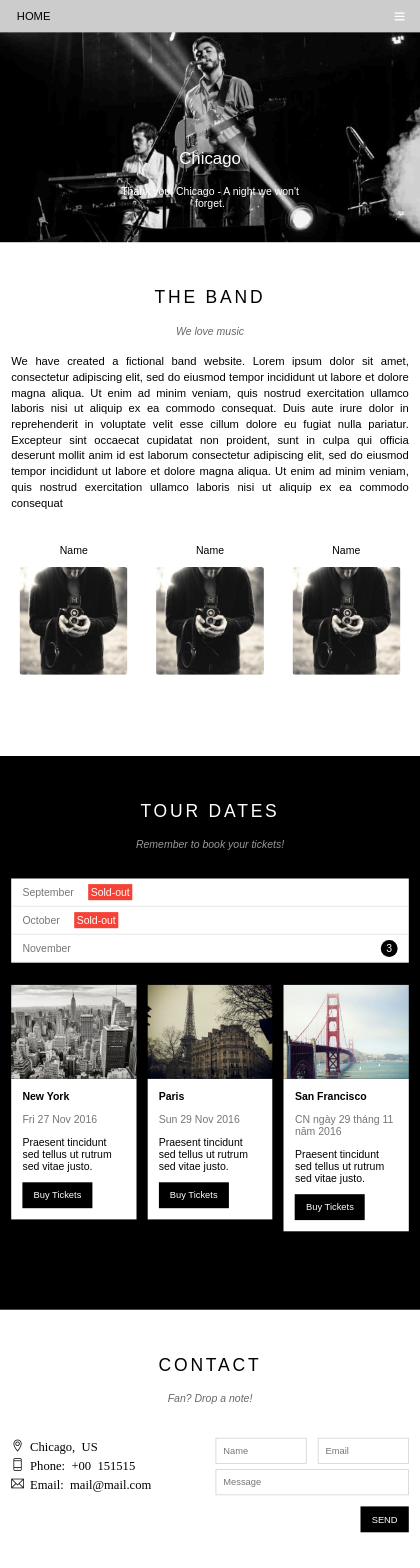
Repository: BillLee2000/w3-band
Page: index.html
The author's editor kept a copy of each file at every save. The page is drawn from the files as they stood at one save, then again after the next save.
The browser window is 600 px wide. The pictures show the part of the page from y = 0 to 2240 px (the page is 2832 px tall), at 70% of full size.

Above is the page before, as saved 2021-12-16 05:06:23.

### index.html
<!DOCTYPE html>
<html lang="en">

<head>
    <meta charset="UTF-8">
    <meta http-equiv="X-UA-Compatible" content="IE=edge">
    <meta name="viewport" content="width=device-width, initial-scale=1.0">
    <link rel="icon" href="./assets/favicon/download.jpg" type="image/x-icon" />
    <link rel="stylesheet" href="./assets/css/styles.css">
    <link rel="stylesheet" href="./assets/css/responsive.css">
    <link rel="stylesheet" href="./assets/fonts/themify-icons/themify-icons.css">
    <title>The band</title>
</head>

<body>
    <div id="main">
        <div id="header">
            <ul id="nav">
                <!-- ul#nav>li*5>a -->
                <li><a href="#">Home</a></li>
                <li><a href="#band">Band</a></li>
                <li><a href="#tour">Tour</a></li>
                <li><a href="#contact">Contact</a></li>
                <li>
                    <a href="#">
                        More
                        <i class="down ti-angle-down"></i>
                    </a>
                    <ul class="subnav">
                        <li><a href="#">Merchandise</a></li>
                        <li><a href="#">Extras</a></li>
                        <li><a href="#">Media</a></li>
                    </ul>
                </li>
            </ul>
            <div id="mobile-menu" class="mobile-menu-btn">
                <i class="menu-icon ti-menu"></i>
            </div>
            <div class="search-btn">
                <i class="search-icon ti-search"></i>
            </div>
        </div>
        <div id="slide">
            <div class="text-content">
                <h2 class="text-heading">
                    Chicago
                </h2>
                <div class="text-decsription">
                    Thank you, Chicago - A night we won't forget.
                </div>
            </div>
        </div>
        <div id="content">
            <div id="band" class="content-section">
                <h2 class="section-heading">
                    THE BAND
                </h2>
                <p class="section-sub-heading">
                    We love music
                </p>
                <p class="about-text">
                    We have created a fictional band website. Lorem ipsum dolor sit amet, consectetur adipiscing elit,
                    sed do eiusmod tempor incididunt ut labore et dolore magna aliqua. Ut enim ad minim veniam, quis
                    nostrud exercitation ullamco laboris nisi ut aliquip ex ea commodo consequat. Duis aute irure dolor
                    in reprehenderit in voluptate velit esse cillum dolore eu fugiat nulla pariatur. Excepteur sint
                    occaecat cupidatat non proident, sunt in culpa qui officia deserunt mollit anim id est laborum
                    consectetur adipiscing elit, sed do eiusmod tempor incididunt ut labore et dolore magna aliqua. Ut
                    enim ad minim veniam, quis nostrud exercitation ullamco laboris nisi ut aliquip ex ea commodo
                    consequat
                </p>
                <div class="row nembers-list">
                    <div class="col col-third text-center">
                        <p class="member-name">
                            Name
                        </p>
                        <img src="./assets/img/band/member1.jpg" alt="Name" class="member-img">
                    </div>
                    <div class="col col-third text-center">
                        <p class="member-name">
                            Name
                        </p>
                        <img src="./assets/img/band/member1.jpg" alt="Name" class="member-img">
                    </div>
                    <div class="col col-third text-center">
                        <p class="member-name">
                            Name
                        </p>
                        <img src="./assets/img/band/member1.jpg" alt="Name" class="member-img">
                    </div>
                    <div class="clear"></div>
                </div>
            </div>
            <div id="tour" class="tour-section">
                <div class="content-section">
                    <h2 class="section-heading text-white">
                        TOUR DATES
                    </h2>
                    <p class="section-sub-heading text-white">
                        Remember to book your tickets!
                    </p>
                    <ul class="stickets-list">
                        <li>September <span class="sold-out">Sold-out</span></li>
                        <li>October <span class="sold-out">Sold-out</span></li>
                        <li>November <span class="quantity">3</span></li>
                    </ul>
                    <div class="row places-list">
                        <div class="col col-third">
                            <img src="./assets/img/places/place1.jpg" alt="New York" class="place-img">
                            <div class="place-content">
                                <h3 class="place-heading">
                                    New York
                                </h3>
                                <p class="place-time">
                                    Fri 27 Nov 2016
                                </p>
                                <p class="place-description">
                                    Praesent tincidunt sed tellus ut rutrum sed vitae justo.
                                </p>
                                <button class="btn js-buy-ticket">Buy Tickets</button>
                            </div>
                        </div>
                        <div class="col col-third">
                            <img src="./assets/img/places/place2.jpg" alt="New York" class="place-img">
                            <div class="place-content">
                                <h3 class="place-heading">
                                    Paris
                                </h3>
                                <p class="place-time">
                                    Sun 29 Nov 2016
                                </p>
                                <p class="place-description">
                                    Praesent tincidunt sed tellus ut rutrum sed vitae justo.
                                </p>
                                <button class="btn js-buy-ticket">Buy Tickets</button>
                            </div>
                        </div>
                        <div class="col col-third">
                            <img src="./assets/img/places/place3.jpg" alt="New York" class="place-img">
                            <div class="place-content">
                                <h3 class="place-heading">
                                    San Francisco
                                </h3>
                                <p class="place-time">
                                    CN ngày 29 tháng 11 năm 2016
                                </p>
                                <p class="place-description">
                                    Praesent tincidunt sed tellus ut rutrum sed vitae justo.
                                </p>
                                <button class="btn js-buy-ticket">Buy Tickets</button>
                            </div>
                        </div>
                        <div class="clear"></div>
                    </div>
                </div>
            </div>
            <div id="contact" class="content-section">
                <h2 class="section-heading">
                    CONTACT
                </h2>
                <p class="section-sub-heading">
                    Fan? Drop a note!
                </p>
                <div class="row contact-content">
                    <div class="col col-half contact-info">
                        <p><i class="ti-location-pin"> Chicago, US</i></p>
                        <p><i class="ti-mobile"> Phone: +00 151515</i></p>
                        <p><i class="ti-email"> Email: mail@mail.com</i></p>
                    </div>
                    <div class="col col-half contact-form">
                        <form action="">
                            <div class="row">
                                <div class="col col-half">
                                    <input placeholder="Name" type="text" name="" required id="" class="form-control">
                                </div>
                                <div class="col col-half">
                                    <input placeholder="Email" type="email" name="" required id="" class="form-control">
                                </div>

                            </div>
                            <div class="row mt-8">
                                <div class="col col-full">
                                    <input placeholder="Message" type="text" name="" required id=""
                                        class="form-control">
                                </div>
                            </div>
                            <input class="btn mt-16 pull-right" type="submit" value="SEND">
                        </form>
                    </div>
                </div>
            </div>
            <div class="map-section">
                <img src="./assets/img/map.jpg" alt="map">
            </div>

        </div>
        <div id="footer">
            <div class="social-list">
                <a href=""><i class="ti-facebook"></i></a>
                <a href=""><i class="ti-instagram"></i></a>
                <a href=""><i class="ti-youtube"></i></a>
                <a href=""><i class="ti-pinterest"></i></a>
                <a href=""><i class="ti-twitter"></i></a>
                <a href=""><i class="ti-linkedin"></i></a>
            </div>
            <p class="copyright">Powered by <a href="">w3.css</a></p>
        </div>
        <div class="modal js-modal">
            <div class="modal-container js-modal-container">
                <div class="modal-close js-modal-close">
                    <i class="ti-close"></i>
                </div>
                <header class="modal-header">
                    <i class="modal-heading-icon ti-bag"></i>
                    Tickets
                </header>
                <div class="modal-body">
                    <label for="tickets-quantity" class="modal-tickets">
                        <i class="ti-shopping-cart"></i>
                        Tickets, $15 per person
                    </label>
                    <input type="text" id="tickets-quantity" class="modal-input" placeholder="How many?">
                    <label for="tickets-email" class="modal-tickets">
                        <i class="ti-user"></i>
                        Send to
                    </label>
                    <input id="tickets-email" type="email" class="modal-input" placeholder="Enter email...">
                    <button id="buy-tickets">
                        Pay <i class="ti-check"></i>
                    </button>
                </div>
                <footer class="modal-footer">
                    <p class="modal-help">Need <a href="" class="">help?</a></p>
                </footer>
            </div>
        </div>
    </div>
    <script>
        const buyBtns = document.querySelectorAll('.js-buy-ticket') /* Lấy 3 giá trị của nut buy tickets đẩy vào buyBtns */
        const modal = document.querySelector('.js-modal') /* thêm class modal vào hằng */
        const modalClose = document.querySelector('.js-modal-close')
        const modalConainer = document.querySelector('.js-modal-container')
        function showBuyTicket() {
            /*  alert("Show") */ /* bật lên hộp thoại */
            modal.classList.add('open') /* add thêm class open vào sau modal bật của sổ hiển thị lên */
        }
        function hideBuyTicket() {
            /*  alert("Show") */ /* bật lên hộp thoại */
            modal.classList.remove('open') /* remove class open vào sau modal close để đóng cửa sổ hiển thị */
        }
        for (const buyBtn of buyBtns) {/* Vòng lặp cho từng nút(button) chạy 3 lần */
            buyBtn.addEventListener('click', showBuyTicket)/* Khi click vào ô buyTickKets sẽ chuyển đến hàm show.. */
        }
        modalClose.addEventListener('click', hideBuyTicket)
        modal.addEventListener('click', hideBuyTicket)
        modalConainer.addEventListener('click', function (event) {
            event.stopPropagation() //ngừng event nổi bọt lại
        })
    </script>
    <script>
        var header = document.getElementById('header');
        var mobileMenu = document.getElementById('mobile-menu');
        /* console.log(mobileMenu) */
        var headerHeight = header.clientHeight;
        // Dong mo mobile menu
        mobileMenu.onclick = function (){
            /* alert('Thong Bao'); */
            var isClosed = header.clientHeight === headerHeight;
            if (isClosed) {
                header.style.height = 'auto';
            }else{
                header.style.height = null;
            }
        }
        //tu dong dong khi chon menu
        var menuItems = document.querySelectorAll('#nav li a[href*="#"]');
        /* console.log(menuItems); */
        for (var i = 0;i<menuItems;i++){
            var menuItem = menuItems[i];
            menuItem.onclick = function(){
                header.style.height = null;
            }
        }
    </script>
</body>

</html>

### assets/css/styles.css
/* reset css */

* {
    padding: 0;
    margin: 0;
    box-sizing: border-box;
}

html {
    scroll-behavior: smooth; /* //hành động cuộn */
    font-family: Arial, Helvetica, sans-serif;
    /* font chu in dam */
}

#main {}

.text-white{
    color: #fff !important;
}
.row{
    margin-left: -8px;
    margin-right: -8px;
}
.row::after {
    content: "";
    display: block;
    clear: both;
}
.mt-8{
    margin-top: 8px !important;
}
.mt-16{
    margin-top: 16px !important;
}
.col {
    float: left;
    padding-left: 8px;
    padding-right: 8px;
}
.col-half{
    width: 50%;
}
.col-third{
    width: 33.33333%;
}
.col-full {
    width: 100%;
}
.text-center {
    text-align: center !important;
}

#header {
    height: 46px;
    background-color: black;
    position: fixed;
    top: 0;
    left: 0;
    right: 0;
    z-index: 1;
    overflow: hidden;
}
#header .mobile-menu-btn {
    position: absolute;
    top: 0;
    right: 0;
    display: none;
}
#header .mobile-menu-btn,
#header .search-btn {
    float: right;
    padding: 0 21px;
}
#header .mobile-menu-btn:hover {
    background-color: #ccc;
}
#header .mobile-menu-btn:hover .menu-icon {
    color: #000;
}
#header .search-btn:hover {
    background-color: #f44336;
    cursor: pointer;
}
#header .menu-icon,
#header .search-icon {
    color: #fff;
    line-height: 46px;
}

#nav {
    display: inline-block;
}

#nav>li {
    display: inline-block;
}

#nav li {
    position: relative;
}

#nav .down {
    font-size: 14px;
}

#nav>li>a {
    color: #fff;
    text-transform: uppercase;
}

#nav li a {
    text-decoration: none;
    line-height: 46px;
    padding: 0 24px;
    display: block;
}

#nav .subnav li:hover a,
#nav>li:hover>a {
    color: #000;
    background-color: #ccc;
}

#nav li:hover .subnav {
    display: block;
}

#nav,
.subnav {
    list-style-type: none;
    /* bor dau cham dau dong */
}

#nav .subnav {
    display: none;
    min-width: 160px;
    top: 100%;
    left: 0;
    position: absolute;
    background-color: #fff;
    box-shadow: 0 0 10px rgba(0, 0, 0, 0.3);
}

#nav .subnav a {
    color: #000;
    padding: 0 12px;
    line-height: 38px;
}

#slide {
    margin-top: 46px;
    padding-top: 50%;
    background: url("/assets/img/slider/slider1.jpg") top center / cover no-repeat;
    position: relative;
}

#slide .text-content {
    color: #fff;
    position: absolute;
    left: 50%;
    bottom: 47px;
    transform: translate(-50%);
    /* Cách 1 */
    /* Width: 100%; */
    /* cach 2 */
    /* Cách 3: left: 0; right: 0; */
    text-align: center;
}

#slide .text-heading {
    font-size: 24px;
    font-weight: 500;
}

#slide .text-decsription {
    font-size: 15px;
    margin-top: 25px;
}
.pull-right {
    float: right !important;
}
.btn{
    color: #fff;
    background-color: #000;
    text-decoration: none;
    padding: 11px 16px;
    display: inline-block;
    margin-top: 15px;
    border: none;
}
.btn:hover {
    cursor: pointer;
    color: #000;
    background-color: #ccc;
}

#content {}

#content .content-section{
    width: 800px;
    max-width: 100%;
    padding: 64px 0 112px;
    margin-left: auto;
    margin-right: auto;
    padding-left: 16px;
    padding-right: 16px;
}
#content .section-heading{
    font-weight: 500;
    text-align: center;/* Can giua */
    font-size: 25px;
    letter-spacing: 4px;/* Khoảng cách các chữ cái */
}
#content .section-sub-heading{
    text-align: center;
    margin-top: 25px;
    font-size: 15px;
    font-style: italic;
    opacity: 0.6;/* Giam 40% đô đậm của chữ */
}
#content .about-text {
    margin-top: 25px;
    text-align: justify;
    line-height: 1.4;
}
#content .nembers-list{
    margin-top: 48px;
}
/* #content .member-item { */
    /* float: left; */
    /* width: calc(100% / 3); */
   /*  width: 33.333333%; */
    /* text-align: center; */
/* } */
#content .member-name{
    font-size: 15px;
}
#content .member-img{
    margin-top: 15px;
    width: 154px;
    border-radius: 4px;
    overflow: hidden;/* Xóa font float:left; */
}
#content .clear{
    clear: both;
}
#content .tour-section{
    background-color: #000;

}
.stickets-list{
    background-color: #fff;
    margin-top: 40px;
    list-style: none;
}
.stickets-list li{
    font-size: 15px;
    padding: 11px 16px;
    border-bottom:  1px solid #ddd;
    color: #757575;
}
.stickets-list .sold-out {
    background-color: #f44336;
    padding: 3px 4px;
    color: #fff;
    margin-left: 16px;
}
.stickets-list .quantity{
    float: right;
    width: 24px;
    height: 24px;
    color: #fff;
    text-align: center;
    line-height: 24px;
    background-color: #000;
    border-radius: 50%;
    margin-top: -3px;
}

.tour-section .places-list{
    margin-top: 32px;
}

.tour-section .place-img{
    width: 100%;
    display: block;
}
.tour-section .place-img:hover{
    opacity: 0.6;
}
.tour-section .place-content{
    background-color: #fff;
    padding: 16px;
    font-size: 15px;
}
.tour-section .place-heading{
    font-weight: 600;
    font-size: 15px;
}
.tour-section .place-time{
    margin-top: 16px;
    color: #757575;
}
.tour-section .place-description{
    margin-top: 16px;
}
.contact-content{
    margin-top: 48px;
}
.contact-form {
    font-size: 15px;
}
.contact-content .contact-info{
    font-size: 18px;
    line-height: 1.5;
}
.contact-form .form-control {
    padding: 10px;
    border: 1px solid #ccc;
    width: 100%;
    outline: none;
}
.contact-info i[class*="ti-"] {
    width: 30px;
}

#footer {}

.modal {
    position: fixed;
    top: 0;
    left: 0;
    right: 0;
    bottom: 0;
    background: rgba(0, 0, 0, 0.4);
    display: none;
    align-items: center;
    justify-content: center;

}

.modal.open {
    display: flex;
}

.modal-container{
    width: 900px;
    min-height: 200px;
    background-color: #fff;
    position: relative;
    max-width: calc(100% - 32px);
    animation: modalFadeIn ease 0.5s;
}
.modal .modal-close{
    position: absolute;
    right: 0;
    top: 0;
    color: #fff;
    padding: 12px;
    cursor: pointer;
    opacity: 0.8;
}
.modal-close:hover{
    opacity: 1;
    background-color: #ccc;
}
.modal .modal-header{
    background-color: #009688;
    height: 130px;
    display: flex;
    align-items: center;
    justify-content: center;
    font-size: 30px;
    color: #fff;
}
.modal-body{
    padding: 16px;
}
.modal-tickets{
    display: block;
    font-size: 15px;
    margin-bottom: 15px;
}
.modal-input{
    border: 1px solid #ccc;
    width: 100%;
    padding: 10px;
    font-size: 15px;
    margin-bottom: 24px;
}
.modal-heading-icon{
    margin-right: 16px;
}
#buy-tickets{
    color: #fff;
    background: #009688;
    border: none;
    width: 100%;
    font-size: 15px;
    text-transform: uppercase;
    padding: 18px;
}
#buy-tickets:hover {
    cursor: pointer;
    opacity: 0.9;
}
.map-section img {
    width: 100%;
}
#footer {
    padding: 64px 16px;
    text-align: center;
}
#footer .social-list {
    font-size: 24px;
}
#footer .social-list a {
    color: rgba(0 ,0 ,0 ,0.6);
    text-decoration: none;
}
#footer .copyright a:hover,
#footer .social-list a:hover {
    color: rgba(0 ,0 ,0 ,0.4);
}
#footer .copyright {
    margin-top: 15px;
    color: rgba(0 ,0 ,0 ,0.6);
}
.modal-footer {
    padding: 16px;
    text-align: right;
}
.modal-footer a {
    color: #2196F3;
}
@keyframes modalFadeIn{
    from {
        opacity: 0;
        transform: translateY(-140px);
    }
    to{
        opacity: 1;
        transform: translateY(0);
    }
}
/* PC */
@media(min-width: 1024px){

}
/* Tablet */
@media (min-width: 740px) and (max-width:1023px){

}
@media(max-width: 740px){

}

### assets/css/responsive.css
/* PC */
@media(min-width: 1024px){

}
/* Tablet */
@media (min-width: 740px) and (max-width:1023px){

}
/* Mobile */
@media(max-width: 740px){
    #nav {
        display: block;
    }
    #nav>li {
        display: block;
    }
    #header .mobile-menu-btn {
        display: block;
    }
    #header .search-btn {
        display: none;
    }
}

Loaded but not shown: assets/fonts/themify-icons/themify-icons.css (common file)

After the next save:
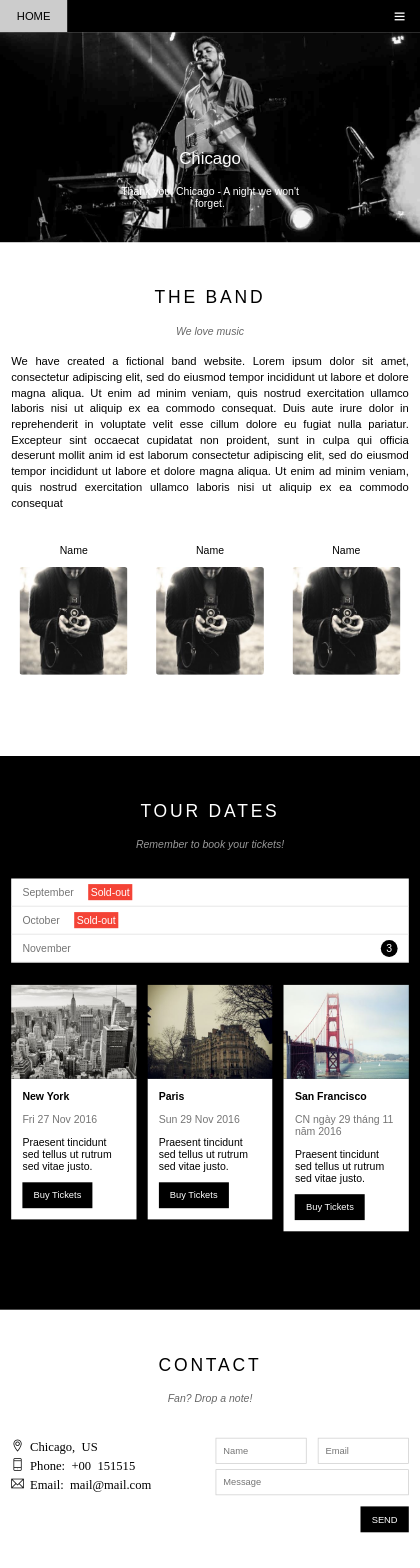
Saved 3 min 12 s later.
--- a/assets/css/responsive.css
+++ b/assets/css/responsive.css
@@ -14,6 +14,9 @@
     #nav>li {
         display: block;
     }
+    #nav > li:first-child {
+        display: inline-block;
+    }
     #header .mobile-menu-btn {
         display: block;
     }
